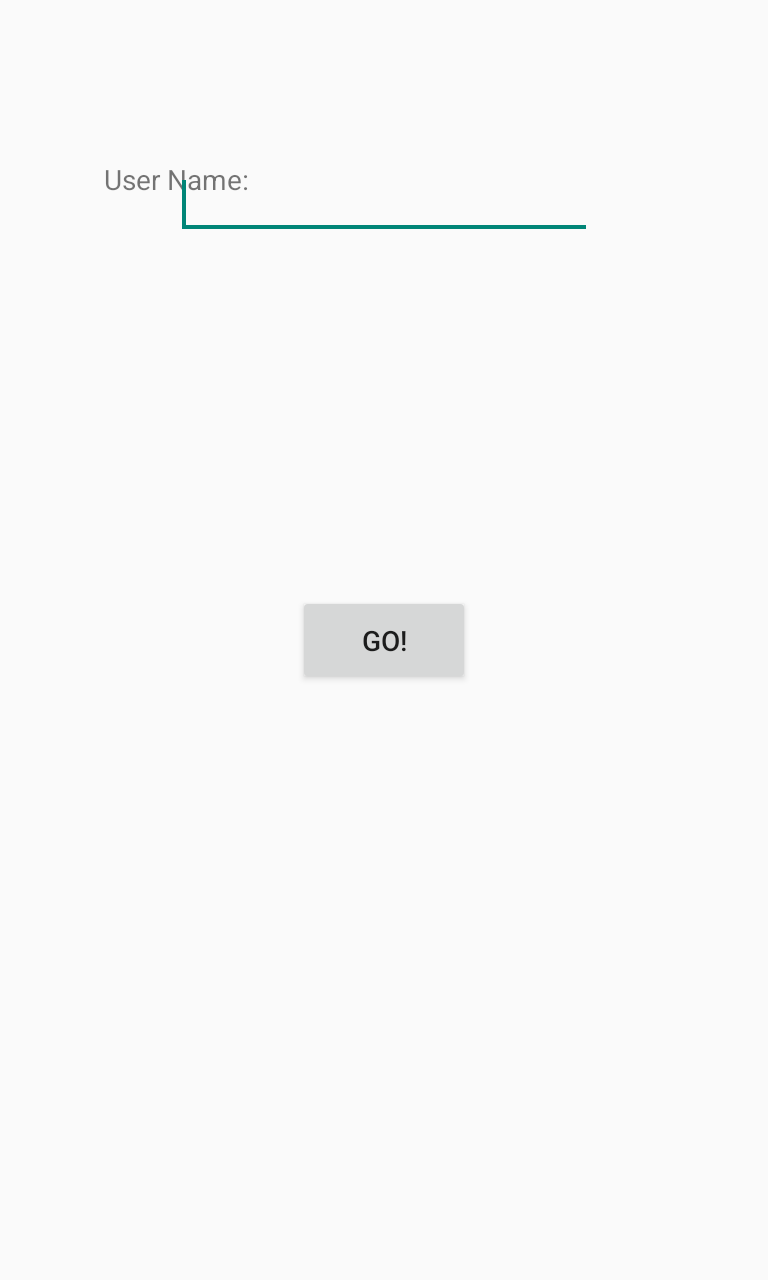
Repository: HaleyElliott/Mobile-Computing-Assignments
Layout: Rock_Paper_Scissors/res/layout/activity_main.xml
The author's editor kept a copy of each file at every save. The layout is drawn from the files as they stood at one save, then again after the next save.
It is drawn on a 768 x 1280 px phone screen (xhdpi) without system bars, with theme AppTheme; the app's code is not run.

Above is the layout before, as saved 2014-09-18 00:00:55.

After the next save:
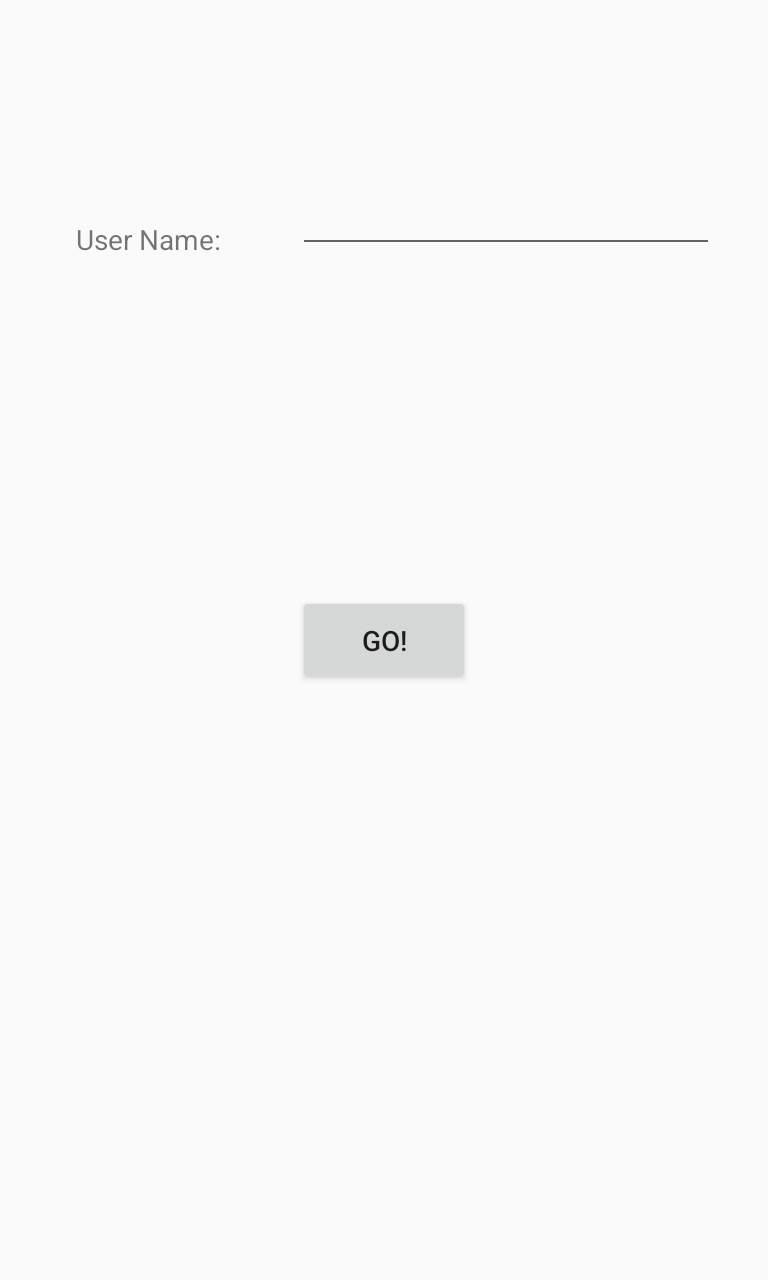
Saved 5 min 29 s later.
--- a/Rock_Paper_Scissors/res/layout/activity_main.xml
+++ b/Rock_Paper_Scissors/res/layout/activity_main.xml
@@ -8,16 +8,6 @@
     android:paddingTop="@dimen/activity_vertical_margin"
     tools:context="com.example.rock_paper_scissors.MainActivity" >
 
-    <TextView
-        android:id="@+id/textView1"
-        android:layout_width="wrap_content"
-        android:layout_height="wrap_content"
-        android:layout_alignParentLeft="true"
-        android:layout_alignParentTop="true"
-        android:layout_marginLeft="36dp"
-        android:layout_marginTop="64dp"
-        android:text="User Name: " />
-
     <Button
         android:id="@+id/button1"
         android:layout_width="wrap_content"
@@ -26,15 +16,23 @@
         android:layout_centerVertical="true"
         android:text="Go!" />
 
+    <TextView
+        android:id="@+id/textView1"
+        android:layout_width="wrap_content"
+        android:layout_height="wrap_content"
+        android:layout_alignParentLeft="true"
+        android:layout_alignParentTop="true"
+        android:layout_marginLeft="22dp"
+        android:layout_marginTop="94dp"
+        android:text="User Name: " />
+
     <EditText
         android:id="@+id/editText1"
         android:layout_width="wrap_content"
         android:layout_height="wrap_content"
-        android:layout_alignTop="@+id/textView1"
-        android:layout_centerHorizontal="true"
-        android:ems="10" android:inputType="text">
-
-        <requestFocus />
-    </EditText>
+        android:layout_alignLeft="@+id/button1"
+        android:layout_alignBottom="@+id/textView1"
+        android:ems="10"
+        android:inputType="text" />
 
 </RelativeLayout>
